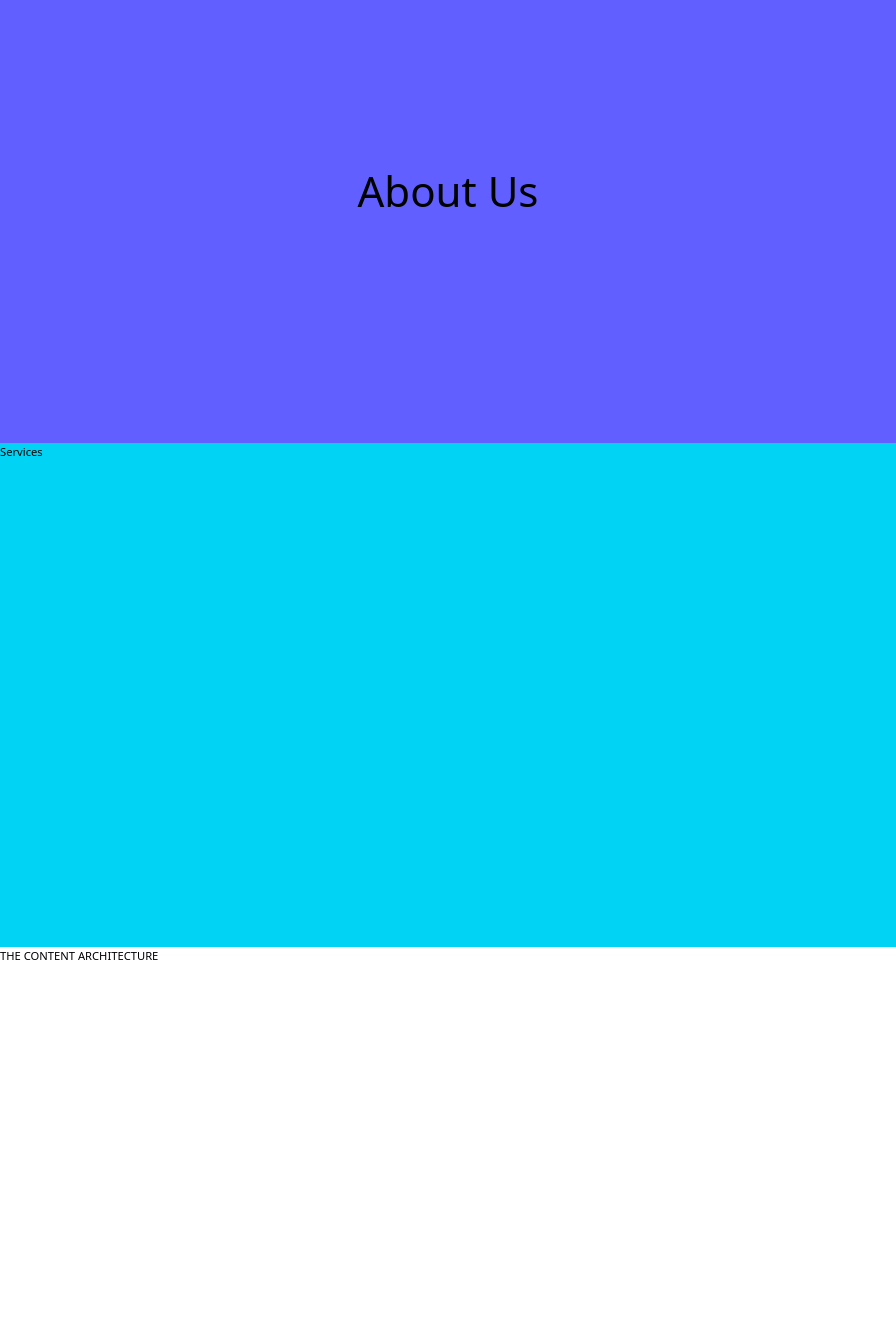
Repository: ajay-maurya-dev/Login
Page: /
These files come from the project's save history. The page is drawn as it stood at one moment and after a run of saves; the edit follows.
The browser window is 1280 px wide. The pictures show the part of the page from y = 807 to 2707 px (the page is 2880 px tall), at 70% of full size.
Backgrounds fixed to the window are drawn as part of the page. The project was rebuilt for these pictures with package versions that can differ from the ones it lists, and the page was loaded fresh each time. Also part of the build but not shown: vite.config.js.

Above is the page before, as saved 2026-10-24 23:37:12.

### index.html
<!doctype html>
<html lang="en">
  <head>
    <meta charset="UTF-8" />
    <link rel="icon" type="image/svg+xml" href="/favicon.svg" />
    <meta name="viewport" content="width=device-width, initial-scale=1.0" />
    <title>homepage</title>
  </head>
  <body>
    <div id="root"></div>
    <script type="module" src="/src/main.jsx"></script>
  </body>
</html>

### src/index.css
@import "tailwindcss";
@custom-variant dark (&:where(.dark, .dark *));

html {
  scroll-behavior: smooth;
}

### src/App.jsx
import About from "./components/About";
import Footer from "./components/footer";
import Home from "./components/Home";
import Navbar from "./components/Navbar";
import Services from "./components/Services";

function App() {
  return (
    <div className="min-h-screen w-full dark:bg-black dark:text-white">
      {/* Navbar stays fixed or at the top */}
      <Navbar />

      {/* Wrap sections with unique IDs */}
      <section id="home">
        <Home />
      </section>

      <section id="about">
        <About />
      </section>
      <section id="services">
        <Services/>
      </section>
      <Footer />
    </div>
  );
}

export default App;

### src/components/About.jsx


function About() {
  return (
    <div className="w-full min-h-screen bg-indigo-500 z-10 text-2xl dark:bg-black dark:text-white bg-fixed flex justify-center items-center">
        <h4 className="text-6xl">About Us</h4>
    </div>
  )
}

export default About

### src/components/footer.jsx


function Footer() {
  return (
  <footer className="w-full h-screen dark:bg-black dark:text-white">
    <h1>THE CONTENT ARCHITECTURE</h1>
  </footer>
  )
}

export default Footer

### src/components/Home.jsx



function Home() {
  return (
    <div className="flex w-full justify-center items-center min-h-screen dark:bg-black bg-[url(https://images.unsplash.com/photo-1757513189385-580a91ac7fe4?q=80&w=2070&auto=format&fit=crop&ixlib=rb-4.1.0&ixid=NHwxMjA3fDA%3D)] bg-cover bg-fixed">
    <div className="py-1 text-sky-900 border border-amber-50 text-9xl font-bold flex items-center">
      <h1 className="">BRAND SHOES</h1>
    </div>
    </div>
  );
}

export default Home;

### src/components/Navbar.jsx
import Dark from "./Dark";

function Navbar() {


  return (
    <nav className="flex rounded-4xl text-gray-500 to-white px-10 md:flex-row md:items-center md:h-10 md:w-full dark:bg-black dark:text-white sm:h-full sm:flex-col sm:w-4/7 sm:items-start top-0 fixed ">
      <div className=" flex-1 text-2xl cursor-pointer font-extrabold">LOGO</div>
      <div className="flex flex-1 gap-10 test-2xl font-bold md:flex-row sm:flex-col ">
        <h3 className="cursor-pointer hover:text-cyan-500 active:scale-95 ">
          <a href="#home">HOME</a>
        </h3>
        <h3 className="cursor-pointer hover:text-cyan-500 active:scale-95">
          <a href="#about">ABOUT</a>
        </h3>
        <h3 className="cursor-pointer hover:text-cyan-500 active:scale-95">
          <a href="#services">SERVICES</a>
        </h3>
        <h3 className="cursor-pointer hover:text-cyan-500 active:scale-95">
          PROFILE
        </h3>
        <Dark/>
      </div>
    </nav>
  );
}

export default Navbar;

### src/components/Services.jsx


function Services() {
  return (
    <div className="bg-cyan-400 h-screen w-screen z-20">
      <h1>Services</h1>
    </div>
  )
}

export default Services

### src/components/Dark.jsx
import { useState, useEffect } from "react";

export default function Dark() {
  const [isDark, setIsDark] = useState(false);

  // Sync the true/false state to the HTML document tag
  useEffect(() => {
    const root = window.document.documentElement;
    if (isDark) {
      root.classList.add("dark");
    } else {
      root.classList.remove("dark");
    }
  }, [isDark]);

  return (
    <button
      className="px-1 text-xl rounded-full bg-transparent dark:bg-neutral-800 transition-colors duration-200"
      onClick={() => setIsDark((prev) => !prev)}
    >
      {isDark ? "☀️" : "🌙"}
    </button>
  );
}

Loaded but not shown: src/main.jsx (common file)

After the next 3 saves:
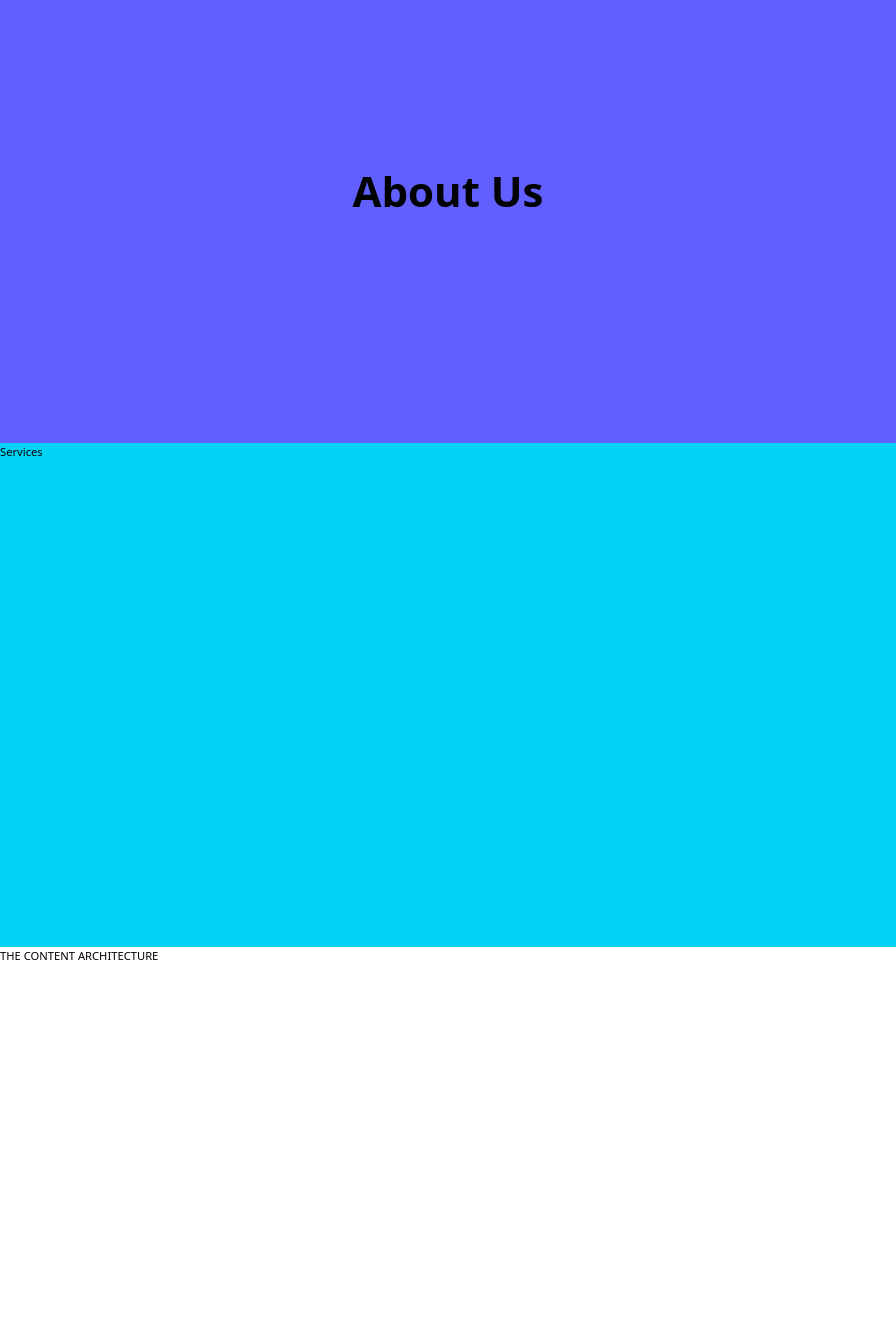
The 3 saves are shown as one change because they came seconds apart.
The last was saved 10 s later.
--- a/src/components/About.jsx
+++ b/src/components/About.jsx
@@ -3,7 +3,7 @@
 function About() {
   return (
     <div className="w-full min-h-screen bg-indigo-500 z-10 text-2xl dark:bg-black dark:text-white bg-fixed flex justify-center items-center">
-        <h4 className="text-6xl">About Us</h4>
+        <h4 className="text-6xl font-extrabold ">About Us</h4>
     </div>
   )
 }
